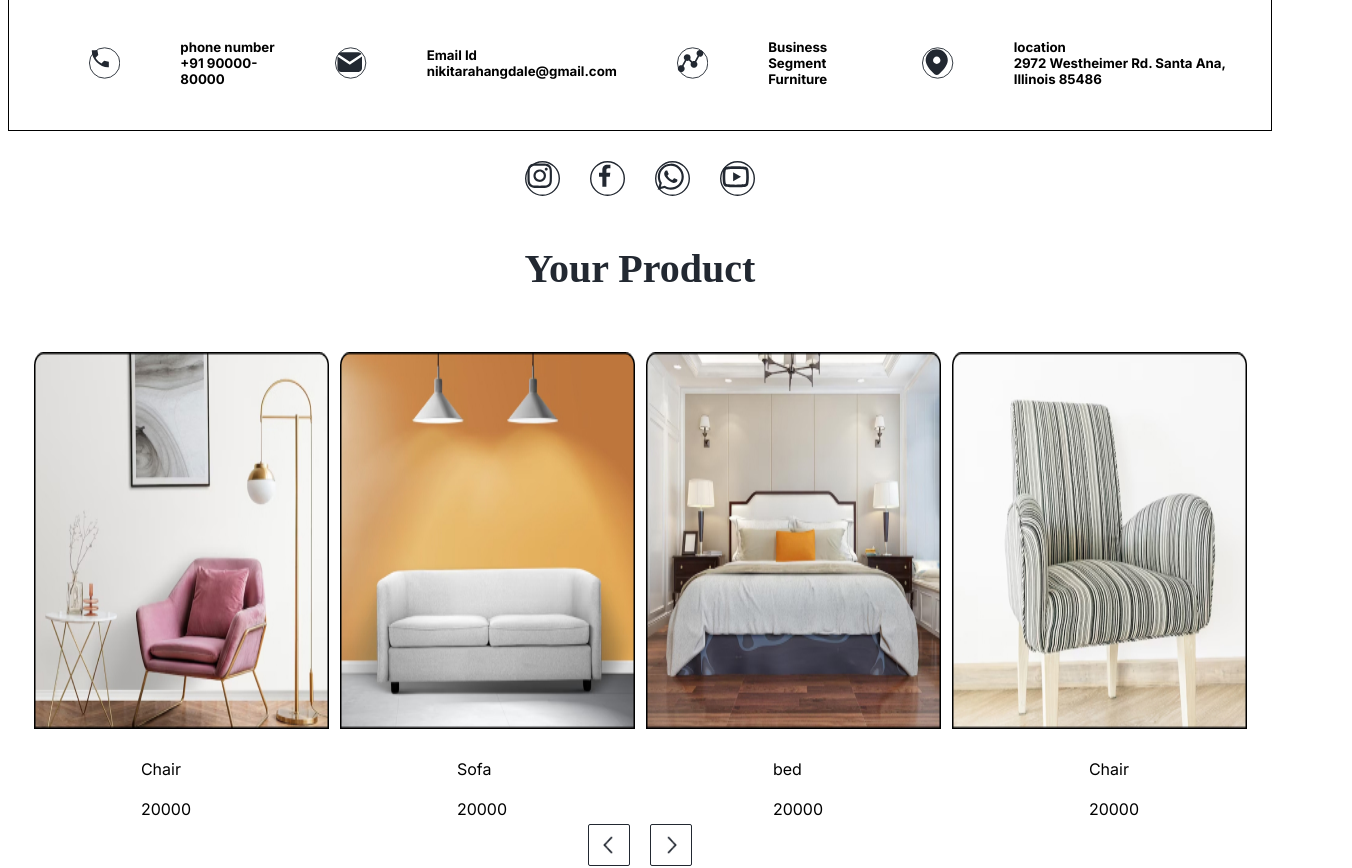
Repository: nikita120402/next13-deploy
Page: /
An editor plug-in stored every save of this project. The page is shown before and after the next save, followed by the edit.
The browser window is 1280 px wide. The page is 1352 px wide, so the pictures cover 1352 px, including what lies to the right of the window. The pictures show the part of the page from y = 899 to 1767 px (the page is 3646 px tall before and 3657 px after).
The project was rebuilt for these pictures with package versions that can differ from the ones it lists, and the page was loaded fresh each time. The framework's server and built-in components were replaced by stand-ins that run in the browser. Also part of the build but not shown: next.config.js.

Above is the page before, as saved 2023-08-08 02:09:29.

### src/app/globals.css
h1{
      text-align: center;
      color: #181b21;
font-family: Playfair Display;
font-size: 40px;
font-style: normal;
font-weight: 600;
line-height: 100%; /* 40px */
  text-transform: capitalize;
}
p{
      color: #000;
text-align: center;
padding: 10px;
font-family: Poppins;
font-size: 16px;
font-style: normal;
font-weight: 400;
line-height: 120%; /* 24px */
text-transform: capitalize;
}

### src/app/Design.module.css
.image1{
    width: 100%;
    height: 100%;
}

.icon{
    border-radius: 10px;
    background: #222831;
    position: relative;
    border: solid 10px rgb(51, 48, 48);
    margin-left: auto;
    margin-right: auto;
    display: block;
    margin-top: -100px;
    z-index: +1;
}

.call{
    display: flex;
    margin-left:auto;
    border: solid 1px black;
    padding: 20px;
    justify-content:center;
    align-items: center;
}
.call1{
    margin: 0px 50px;
    padding: 10px;

}

.icon1{
    display: flex;
    margin: 10px 15px 15px;
    padding: 20px;
    align-items: center;
    flex-shrink: 0;
    justify-content:center;
}

.heading{
    text-align: center;
    color: #222831;
    font-family: Playfair Display;
    font-size: 40px;
    font-style: normal;
    font-weight: 600;
    line-height: 100%; /* 40px */
    text-transform: capitalize;
}

.icon2{
        text-align: center;
        margin: 0px 15px;
}

.product{
            display: flex;
            padding: 30px 20px;
            justify-content: space-around;
            border-radius: 10px 10px 0px 0px;

}
.product1{
    display: flex;
    text-align: left;
    font-size: 16px;
    margin: 0px;
    justify-content: space-around;

}

.form{
    margin: 10px auto;
    border-style: hidden;
    border-bottom: 3px solid #fff;
    background-color: #ffffff;
    color: #fff;
    width: 50%;
    font-size: 16px;
    padding-bottom: 30px;
    display:flex;
    justify-content:space-between;
    flex-shrink: 0;
    border-radius: 10px;
}

.form1{
    background-color: #ffffff;
    width: 100%;
    padding: 40px;
    margin: 40px auto;
}

.hour{
    display: flex;
    justify-content: center;
    margin: 24px auto;
    text-align: left;
    flex-wrap: wrap;
}

.card{
    display: flex;
    justify-content: center;
    margin: 24px;
    padding: 50%;
    text-align:center;
    flex-wrap: wrap;
}
.arrow1{
    display: flex;
    justify-content: center;
    padding: 5px;
    margin: 0px 0px 50px;
}
.arrow{
    height: 10px auto;
    padding: 10px;
    margin: 0px 10px;
    width: 20px;
    border-radius: 2px;
    border: 1.5px solid #222831;
    background: #FFF;
}
.flexdis{
    display: flex;
    justify-content: center;
}
.businesscard{
    display: flex;
    justify-content: center;

}
.calicon{
    display: flex;
    justify-content: center;
}

.subheading{
    margin: 30px 0px 50px;
    display: flex;
    justify-content: center;
    font-family: serif;
    font-size: 30px;
}

Loaded but not shown: src/app/layout.tsx (common file); src/app/page.tsx (343 lines, source omitted)

After the next save:
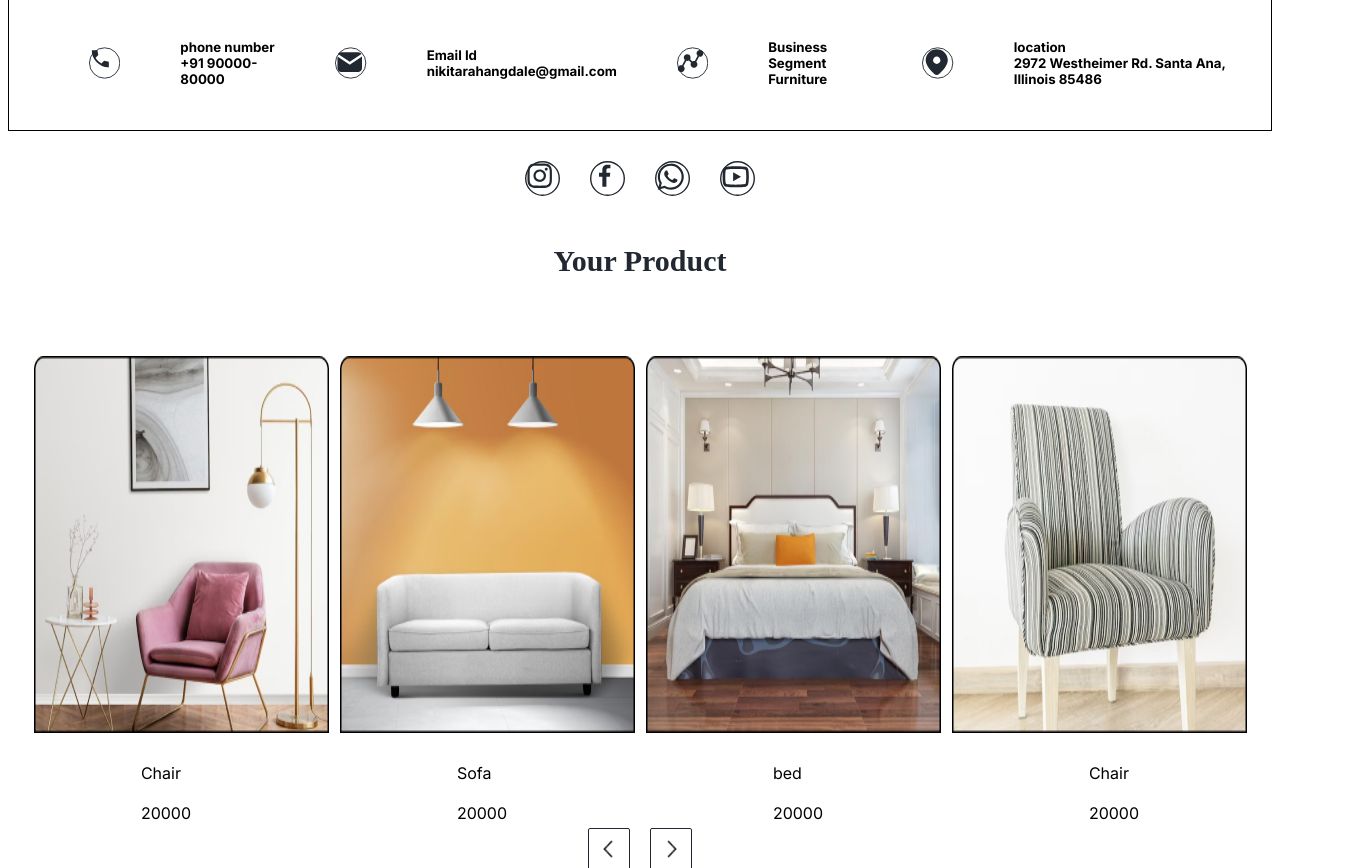
Saved 23 s later.
--- a/src/app/Design.module.css
+++ b/src/app/Design.module.css
@@ -137,7 +137,7 @@
     justify-content: center;
 }
 
-.subheading{
+.heading{
     margin: 30px 0px 50px;
     display: flex;
     justify-content: center;
